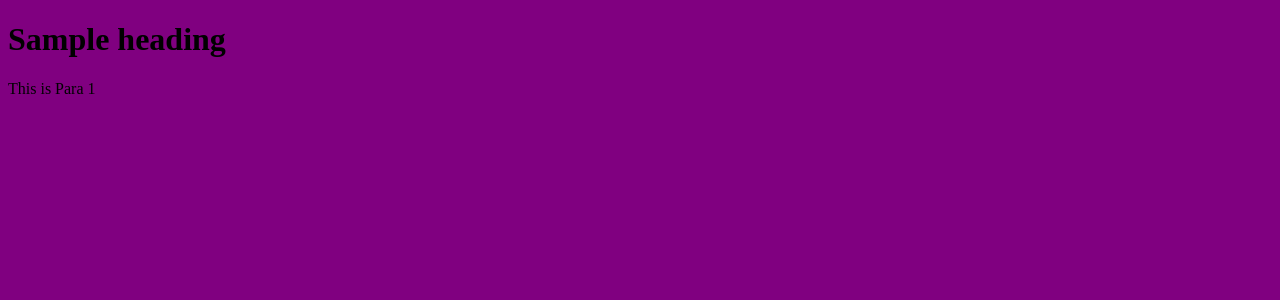
Repository: jbn-aman/wiprobatch1
Page: project/work/html/mywebapp/public/pages/cssdemo/backgrounddemo.html
These files come from the project's save history. The page is drawn as it stood at one moment and after the next save; the edit follows.
The browser window is 1280 px wide. The pictures show the whole page.

Above is the page before, as saved 2024-04-01 13:00:11.

After the next save:
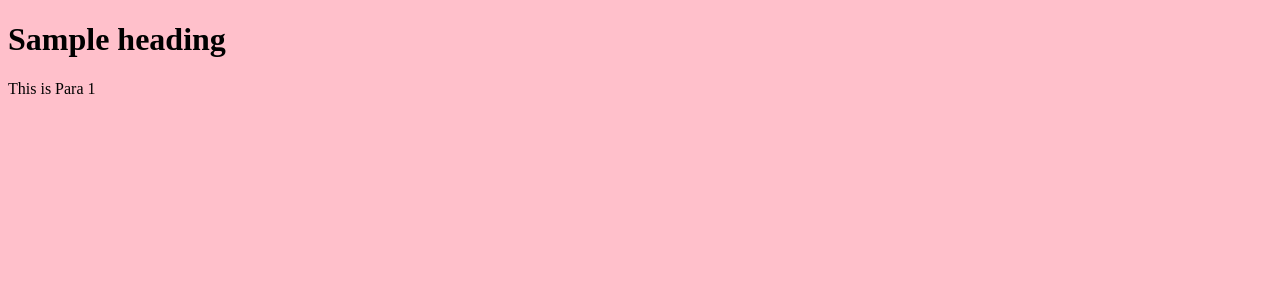
Saved 9 s later.
--- a/project/work/html/mywebapp/public/pages/cssdemo/backgrounddemo.html
+++ b/project/work/html/mywebapp/public/pages/cssdemo/backgrounddemo.html
@@ -6,7 +6,7 @@
 
 <style>
 body {
-      background-color:purple;
+      background-color:pink;
 	}
 </style>
 
